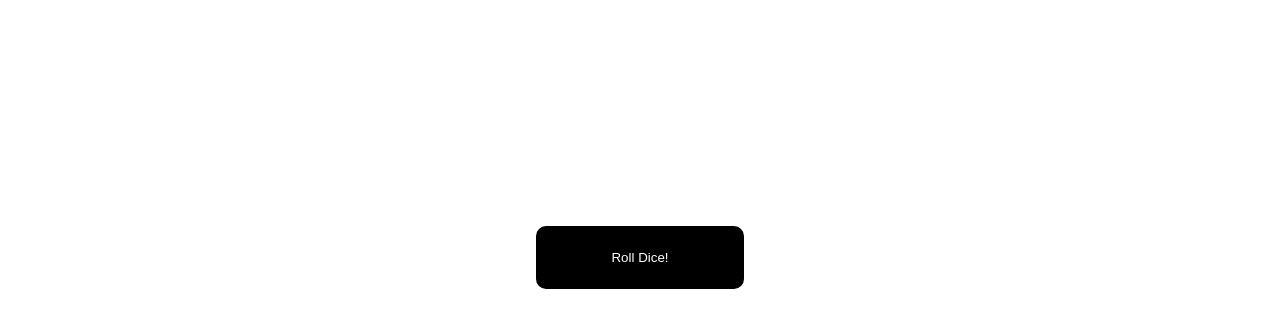
Repository: zhapar/dice
Page: /
These files come from the project's save history. The page is drawn as it stood at one moment and after the next save; the edit follows.
The browser window is 1280 px wide. The pictures show the whole page.
The project was rebuilt for these pictures with package versions that can differ from the ones it lists, and the page was loaded fresh each time.

Above is the page before, as saved 2020-08-21 18:21:56.

### src/App.js
import React from "react";
import RollDice from "./RollDice";
import "./App.css";

function App() {
  return (
    <div className="App">
      <RollDice />
    </div>
  );
}

export default App;

### src/RollDice.js
import React, { Component } from "react";
import Die from "./Die";
import "./RollDice.css";

class RollDice extends Component {
  static defaultProps = {
    sides: ["one", "two", "three", "four", "five", "six"],
  };
  constructor(props) {
    super(props);
    this.state = {
      die1: "one",
      die2: "one",
      rolling: false,
    };
    this.roll = this.roll.bind(this);
  }

  roll() {
    // Pikking 2 numbers
    const newDie1 = this.props.sides[
      Math.floor(Math.random() * this.props.sides.length)
    ];
    const newDie2 = this.props.sides[
      Math.floor(Math.random() * this.props.sides.length)
    ];

    // Setting this numbers to state
    this.setState({ die1: newDie1, die2: newDie2, rolling: true });

    // Setting timeout for rolling
    setTimeout(() => {
      this.setState({ rolling: false });
    }, 1000);
  }

  render() {
    return (
      <div className="RollDice">
        <div className="RollDice-container">
          <Die face={this.state.die1} rolling={this.state.rolling} />
          <Die face={this.state.die2} rolling={this.state.rolling} />
        </div>
        <button onClick={this.roll} disabled={this.state.rolling}>
          {this.state.rolling ? "Rolling..." : "Roll Dice!"}
        </button>
      </div>
    );
  }
}

export default RollDice;

### src/Die.js
import React, { Component } from "react";
import "./Die.css";

class Die extends Component {
  render() {
    return <i className={`Die fas fa-dice-${this.props.face}`}></i>;
  }
}

export default Die;

### src/RollDice.css
.RollDice button {
  width: 13rem;
  border: none;
  border-radius: 10px;
  background-color: #000;
  color: #ffffff;
  padding: 1.5rem;
  margin-top: 2rem;
}

.RollDice button:hover {
  background-color: darkslateblue;
  cursor: pointer;
}

### src/Die.css
.Die {
  font-size: 10rem;
  padding: 1rem;
  color: slateblue;
}

Loaded but not shown: src/index.js (common file); src/index.css (common file); src/serviceWorker.js (common file); src/App.css (common file)

After the next save:
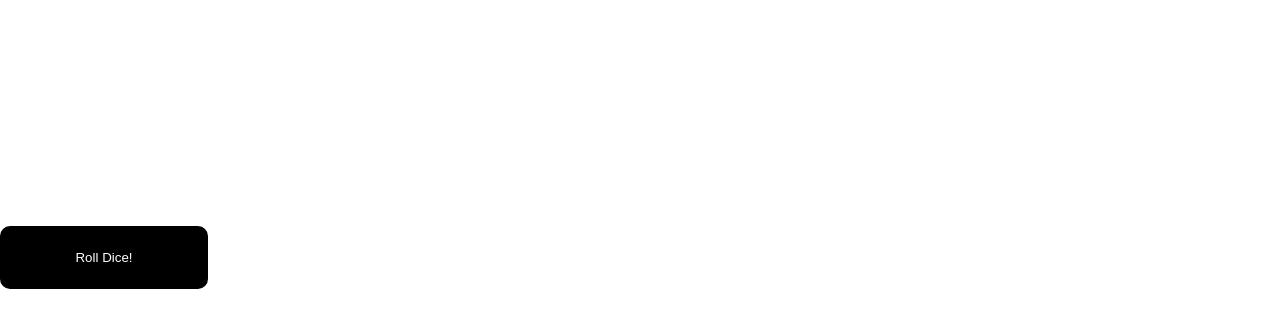
Saved 58 s later.
--- a/src/RollDice.css
+++ b/src/RollDice.css
@@ -1,3 +1,9 @@
+.RollDice {
+  display: flex;
+  flex-flow: column nowrap;
+  min-height: 100vh;
+}
+
 .RollDice button {
   width: 13rem;
   border: none;
